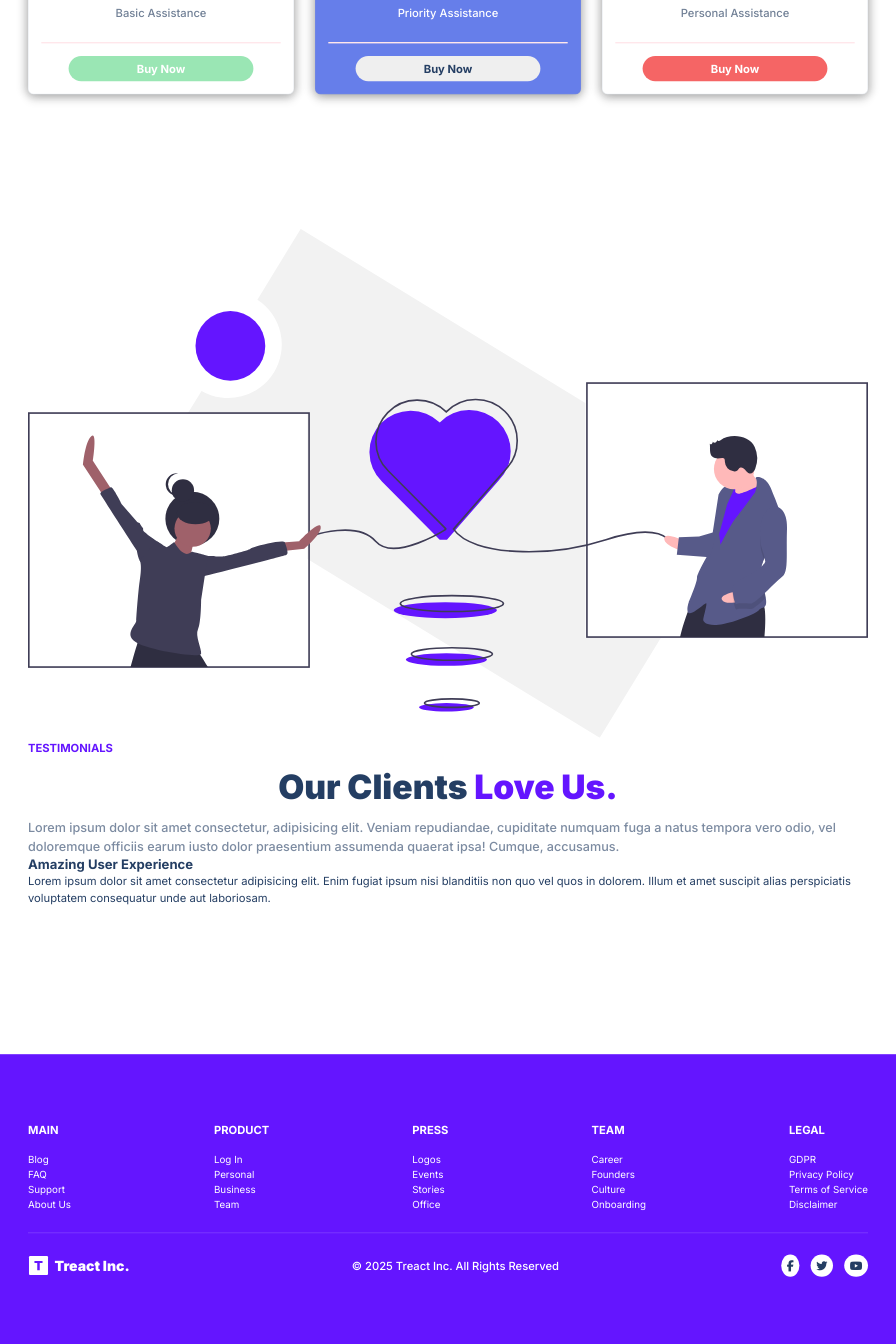
Repository: avivanguyen/m2_fianlProject
Page: index.html
The author's editor kept a copy of each file at every save. The page is drawn from the files as they stood at one save, then again after the next save.
The browser window is 1280 px wide. The pictures show the part of the page from y = 4350 to 6270 px (the page is 6270 px tall before and 6250 px after), at 70% of full size.
Some web libraries are served in a nearby version.

Above is the page before, as saved 2025-12-11 11:20:49.

After the next save:
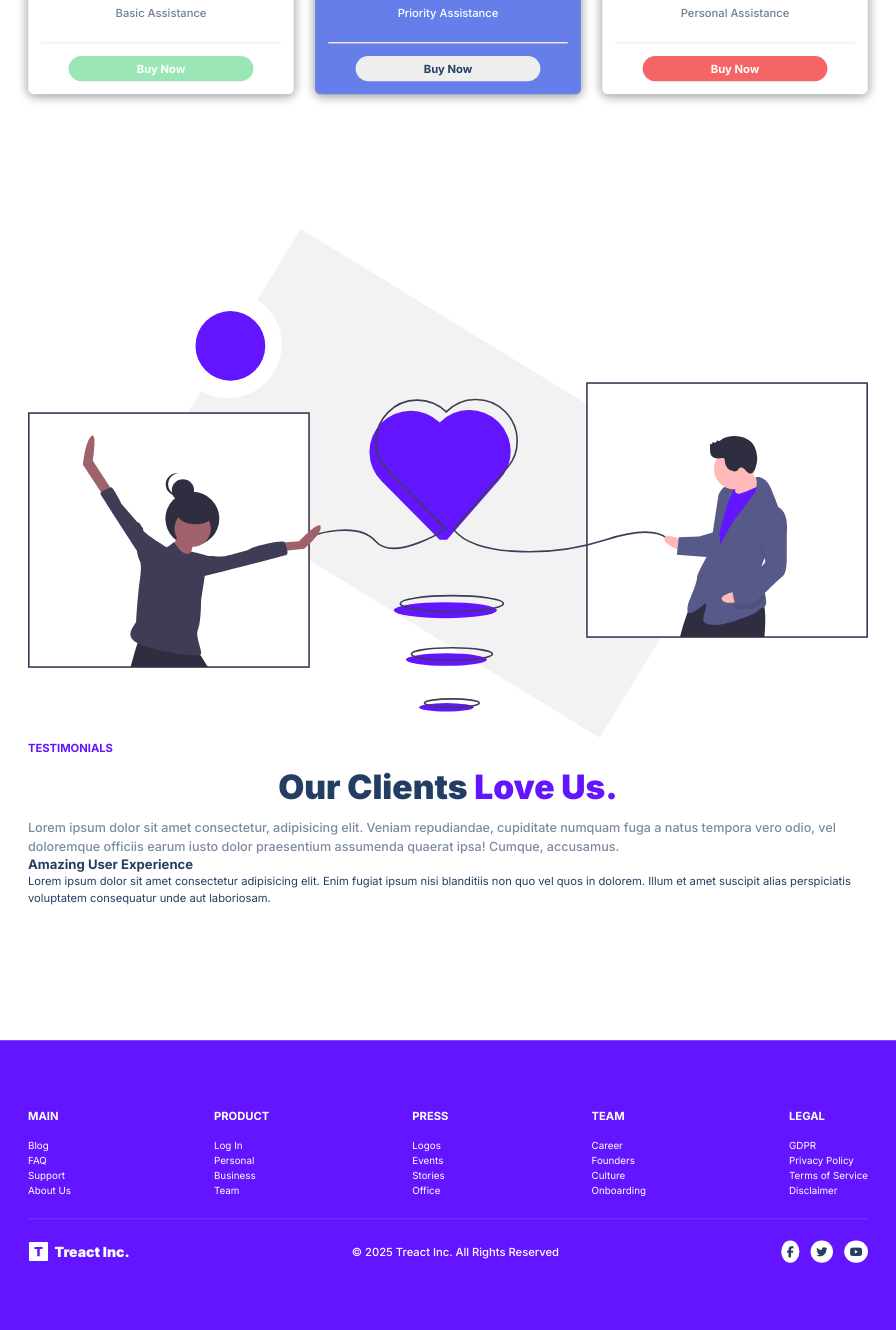
Saved 5 s later.
--- a/index.html
+++ b/index.html
@@ -328,7 +328,6 @@
                             <h3 class="testimonial__title">Amazing User Experience</h3>
                             <p class="testimonail__para">Lorem ipsum dolor sit amet consectetur adipisicing elit. Enim fugiat ipsum nisi blanditiis non quo vel quos in dolorem. Illum et amet suscipit alias perspiciatis voluptatem consequatur unde aut laboriosam.</p>
                             <div class="testimonial__bottom">
-                                <img src="" class="testimonail__img" alt="">
 
                             </div>
                         </div>
